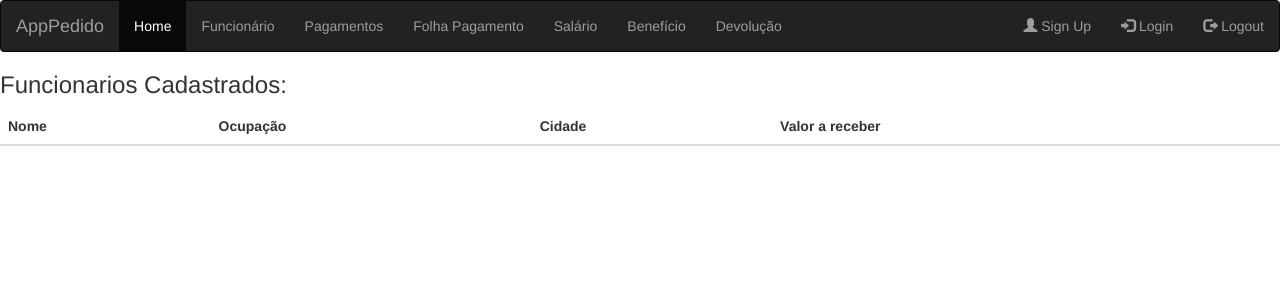
Repository: pauloEzequiel/AppFolha
Page: http://localhost/appfolha/WEB-INF/jsp/funcionario/lista.jsp
These files come from the project's save history. The page is drawn as it stood at one moment and after the next save; the edit follows.
The browser window is 1280 px wide. The pictures show the whole page.
The page is served by Tomcat 9. Nobody is signed in. Other server files are loaded and not shown. The template is opened directly, without the code that normally fills it, so the values that code supplies are empty.

Above is the page before, as saved 2022-11-08 23:53:10.

### appfolha/src/main/webapp/WEB-INF/jsp/funcionario/lista.jsp
<%@ page language="java" contentType="text/html; charset=ISO-8859-1" pageEncoding="ISO-8859-1"%>
<%@ taglib uri="http://java.sun.com/jsp/jstl/core" prefix="c"%>
<!DOCTYPE html>
<html>
<head>
	<meta charset="ISO-8859-1">
  <link rel="stylesheet" href="https://maxcdn.bootstrapcdn.com/bootstrap/3.4.1/css/bootstrap.min.css">
	<title>AppFolha</title>
</head>
<body>
	<c:import url="/WEB-INF/jsp/menu.jsp"/>
	  <h3>Funcionarios Cadastrados: ${listagem.size()}</h3>

	  <table class="table table-striped">
	    <thead>
	      <tr>
	        <th>Nome</th>
	        <th>Ocupação</th>
	        <th>Cidade</th>
	        <th>Valor a receber</th>
	        <th></th>
	      </tr>
	    </thead>
	    <tbody>
		  <c:forEach var="p" items="${listagem}">
		      <tr>
				<td>${p.nome}</td>
		        <td>${p.ocupacao}</td>
		        <td>${p.endereco}</td>
		         <td>0</td>
		        <td><a href="/funcionario/${p.id}/excluir">excluir</a></td>
		      </tr>
	      </c:forEach>
	    </tbody>
	  </table>
	</div>
</body>
</html>

### appfolha/src/main/webapp/WEB-INF/jsp/menu.jsp
<%@ page language="java" contentType="text/html; charset=ISO-8859-1" pageEncoding="ISO-8859-1"%>
<%@ taglib uri="http://java.sun.com/jsp/jstl/core" prefix="c"%>

<nav class="navbar navbar-inverse">
  <div class="container-fluid">
    <div class="navbar-header">
      <a class="navbar-brand" href="#">AppPedido</a>
    </div>
    <ul class="nav navbar-nav">
      <li class="active"><a href="#">Home</a></li>
	      <li class="nav-item">
	        <a class="nav-link" href="/funcionario/lista">Funcionário</a>
	      </li>
	      <li class="nav-item">
	        <a class="nav-link" href="/pagamento/lista">Pagamentos</a>
	      </li>
	      <li class="nav-item">
	        <a class="nav-link" href="/folhaPagamento/lista">Folha Pagamento</a>
	      </li>
	      <li class="nav-item">
	        <a class="nav-link" href="/salario/lista">Salário</a>
	      </li>
	      <li class="nav-item">
	        <a class="nav-link" href="/beneficio/lista">Benefício</a>
	      </li>
	      <li class="nav-item">
	        <a class="nav-link" href="/devolucao/lista">Devolução</a>
	      </li>
    </ul>
    <ul class="nav navbar-nav navbar-right">
      <li><a href="/usuario"><span class="glyphicon glyphicon-user"></span> Sign Up</a></li>
	  <li><a href="/login"><span class="glyphicon glyphicon-log-in"></span> Login</a></li>

       <li><a href="/logout"><span class="glyphicon glyphicon-log-out"></span> Logout</a></li>
    </ul>
  </div>
</nav>

After the next save:
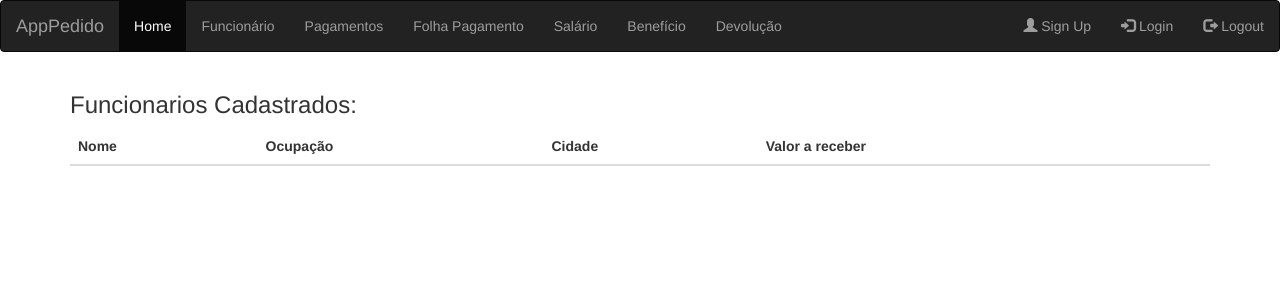
Saved 101 s later.
--- a/appfolha/src/main/webapp/WEB-INF/jsp/funcionario/lista.jsp
+++ b/appfolha/src/main/webapp/WEB-INF/jsp/funcionario/lista.jsp
@@ -9,6 +9,7 @@
 </head>
 <body>
 	<c:import url="/WEB-INF/jsp/menu.jsp"/>
+	<div class="container mt-3">
 	  <h3>Funcionarios Cadastrados: ${listagem.size()}</h3>
 
 	  <table class="table table-striped">
